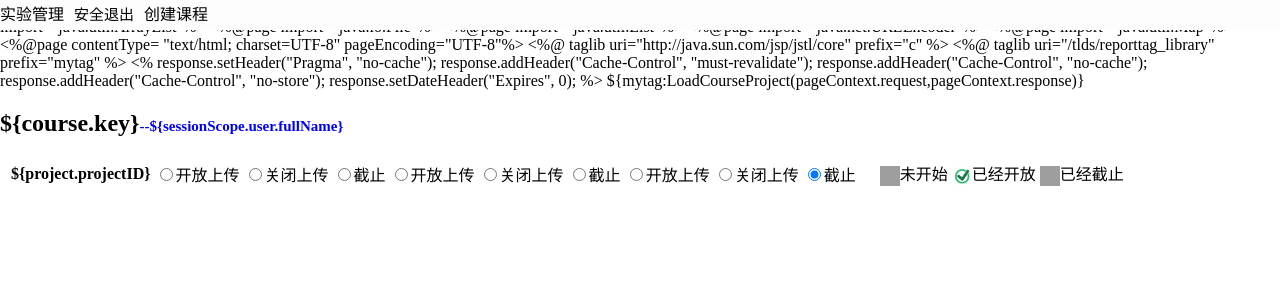
Repository: IAmJiangWenHao/ReportServer
Page: web/demo.html
The author's editor kept a copy of each file at every save. The page is drawn from the files as they stood at one save, then again after the next save.
The browser window is 1280 px wide. The pictures show the whole page.
Pictures or frames that could not be fetched are drawn as grey boxes.

Above is the page before, as saved 2023-05-18 16:28:05.

### web/demo.html
<%@page import="com.report.javabeans.ExpClass"%>
<%@page import="com.report.javabeans.Project"%>
<%@page import="com.report.javabeans.User"%>
<%@page import="java.util.ArrayList"%>
<%@page import="java.io.File"%>
<%@page import="java.util.List"%>
<%@page import="java.net.URLEncoder"%>
<%@page import="java.util.Map"%>
<%@page contentType= "text/html; charset=UTF-8" pageEncoding="UTF-8"%>

<%@ taglib uri="http://java.sun.com/jsp/jstl/core" prefix="c" %>
<%@ taglib uri="/tlds/reporttag_library" prefix="mytag" %>
<!--script type="text/javascript" src="${pageContext.request.contextPath}/script/scriptV1.js?v=1.0"></script-->
<!DOCTYPE html>
<html>
  <%
    response.setHeader("Pragma", "no-cache");
    response.addHeader("Cache-Control", "must-revalidate");
    response.addHeader("Cache-Control", "no-cache");
    response.addHeader("Cache-Control", "no-store");
    response.setDateHeader("Expires", 0);
  %>
  <head>
    <meta http-equiv="Content-Type" content="text/html; charset=UTF-8">
    <title>实验上传系统 </title>
  </head>
  <body style="margin:0">
    ${mytag:LoadCourseProject(pageContext.request,pageContext.response)}
    <script>
      window.onload = function () {//Ajax实现更新项目状态
        var ratios = document.getElementsByTagName("input");//获取所有input（本页面的input只有单选按钮）
        var map = new Map();//记录单选按钮旧值
        for (var i = 0; i < ratios.length; i++) {
          map.set((i + 1).toString(), ratios[i].checked);
          //oninput事件在input的值发生改变时触发，这里监听单选按钮值得改变
          ratios[i].oninput = function () {
            var r = false;
            if (this.value === "deadline") {//是否选择截止
              //是否确认修改
              r = confirm("截止后不可再设置，确定截止？");
            }
            //取消截止
            if (this.value === "deadline" && r === false) {
              var list = document.getElementsByName(this.name);
              for (var j = 0; j < list.length; j++)
                list[j].checked = map.get(list[j].id);
              return;
            }
            ratioName = this.name;
            //确定截止，不允许再更改状态
            if (this.value === "deadline") {
              var list = document.getElementsByName(this.name);
              for (var j = 0; j < list.length; j++)
              {
                list[j].disabled = "disable";
                map.set(list[j].id, list[j].checked);
              }
            } else {
              var list = document.getElementsByName(this.name);
              for (var j = 0; j < list.length; j++)
                map.set(list[j].id, false);
              map.set(this.id, this.checked);
            }
            var formData = new FormData();//FormData 对象
            var course = ratioName.substr(0, ratioName.indexOf("-"));
            var project = ratioName.substr(ratioName.indexOf("-") + 1, ratioName.length - 1);
            //添加KV
            formData.append("project", project);//项目
            formData.append("course", course); //课程名
            formData.append("status", this.value);//状态
            var cell = document.getElementById(this.name);
            //显示实验项目状态提示信息
            cell.innerHTML = "&nbsp;&nbsp;&nbsp;&nbsp;&nbsp;";
            if (this.value === "open")
              cell.innerHTML += "<img style=\"vertical-align: middle;height:20px;width:20px\" src=\"./img/check.jpg\"/>已经开放";
            if (this.value === "close")
              cell.innerHTML += "<img style=\"vertical-align: middle;height:20px;width:20px\" src=\"./img/undone.png\"/>未开始";
            if (this.value === "deadline")
              cell.innerHTML += "<img style=\"vertical-align: middle;height:20px;width:20px\" src=\"./img/deadline.jpg\"/>已截止";
            //1.创建请求对象
            const xhr = new XMLHttpRequest();
            //2.设置请求行，这里用post(get请求数据写在url后面)
            //updateProject.do实现后端更新
            xhr.open("post", getAppPath() + "/updateProject.do");
            //3.设置请求头(get请求可以省略,post不发送数据也可以省略)
            //xhr.setRequestHeader("Content-type","application/x-www-form-urlencoded");
            // 用formData可以不写请求头，写了无法正常上传文件
            //4.请求主体发送(get请求为空，或者写null，post请求数据写在这里，
            //如果没有数据，直接为空或者写null)
            xhr.send(formData);
            //注册回调函数
            xhr.onload = function ()
            {
              if (xhr.readyState === 4)
              {
                if (xhr.status >= 200 && xhr.status <= 300)
                { //判断响应码 2XX 表示成功
                  console.log(xhr.response.toString());
                } else
                  console.log("响应码：" + xhr.status); //状态码
              } else
                console.log(xhr.readyState);
              ;
            };
          };
        }
        ;
      };
    </script>
    <script>
      function getAppPath() {
        //获取当前URL
        var curURL = window.document.location.href;
        //获取主机地址之后的路径部分（就是文件地址）
        var pathName = window.document.location.pathname;
        var pos = curURL.indexOf(pathName);
        //获取应用地址
        var host = curURL.substring(0, pos);
        //获取带"/"的应用名，如：/***
        var webAppName = pathName.substring(0, pathName.substr(1).indexOf('/') + 1);
        return host + webAppName;
      }
    </script>
    <script>
      var isIE = /msie/i.test(navigator.userAgent) && !window.opera;
      function fileChange(target, type) {
        var fileSize = 0;
        var filepath = target.value;
        var filemaxsize = 1024 * 5;//5M
        var flag = -1;
        if (filepath) {
          var fileend = filepath.substring(filepath.lastIndexOf("."));
          // alert(fileend);
          if (type && type.length > 0) {
            //alert(fileend.indexOf(type));
            if (fileend !== ".xlsx") {
              alert("只接受xlsx类型的文件！");
              target.value = "";
              return false;
            }
          }
        } else {
          return false;
        }
        if (isIE && !target.files) {
          var filePath = target.value;
          var fileSystem = new ActiveXObject("Scripting.FileSystemObject");
          if (!fileSystem.FileExists(filePath)) {
            alert("附件不存在，请重新输入！");
            return false;
          }
          var file = fileSystem.GetFile(filePath);
          fileSize = file.Size;
        } else {
          fileSize = target.files[0].size;
        }

        var size = fileSize / 1024;
        if (size > filemaxsize) {
          alert("附件大小不能大于" + filemaxsize / 1024 + "M！");
          target.value = "";
          return false;
        }
        if (size <= 0) {
          alert("附件大小不能为0M！");
          target.value = "";
          return false;
        }
      }
      function Check()
      {
        for (var i = 0; i < document.form1.elements.length - 1; i++)
        {
          if (document.form1.elements[i].value === "")
          {
            alert("不可空！");
            document.form1.elements[i].focus();
            return false;
          }
        }
        return true;
      }
      function cls() {
        var createCell = document.getElementById("createCourse");
        createCell.innerHTML = "";
      }

      function createCourse() {
        var createCell = document.getElementById("createCourse");
        createCell.innerHTML = "<form action=\"../uploadCourseServlet\" enctype=\"multipart/form-data\" method=\"post\" name=\"form1\" onSubmit=\"return Check()\"><table></tr><tr> <td>建课模板：</td><td><a href=\"实验课模板.xlsx\">下载</a></td></tr><tr><td>课程名：</td><td><input style=\" font-size:16px\" type=\"text\" name=\"courseName\" size=\"20\"/>(例：程序设计实验)</td></tr><tr><td>班级：</td><td><input style=\" font-size:16px\" type=\"text\" name=\"className\" size=\"20\"/>(例:信安201)</td></tr><tr> <td>文件：</td><td><input style=\" font-size:16px\" type=\"file\" name=\"file\" size=\"40\" id=\"fup\" onchange=\'fileChange(this,\".xlsx\");\'/></td><tr><td style=\"height:50px;\" align=\"right\" ><input style=\" font-size:16px\" type=\"submit\" value=\"提交\" size='30'/> </td><td align=\"left\"><input style=\" font-size:16px\" type=\"button\" value=\"关闭\" size='30' onclick=\"cls()\"/> </td></tr></table></form>";
      }
    </script>
    <div >
        <div style="display: flex; position: fixed; top: 0; width: 100%; background-color:rgb(253, 253, 253);  height:auto;">
            <div style="margin-right:10px; line-height:30px;width: auto;height:30px;" color="black" > 实验管理</div>
            <div style="margin-right:10px; line-height:30px;width: auto;height:30px; font-size:15px"><a style="color:black;text-decoration: none;" href="../exit">安全退出</a></div>
            <div style="margin-right:10px; line-height:30px;width: auto;height:30px; cursor:hand " onclick="createCourse()">创建课程</div>
        </div>

      <div id="createCourse">

      </div>


    <c:forEach var="course" items="${sessionScope.courseData}" varStatus="statusCourse">
      <h2> ${course.key}<font style="font-size:15px;color:blue">--${sessionScope.user.fullName}</font></h2><p>
      <table>
        <c:forEach var="project" items="${course.value}" varStatus="statusProject">
          <tr style=" height: 30px;border: 1px">
            <td>&nbsp;&nbsp;<b>${project.projectID}</b></td>
            <td><!-- 3.一组单选按钮 radio（同name），只能选一个
                     request.getParameter("***")-->
              <c:if test="${project.state==0}">
                <input type="radio" id="${"course".concat(statusCourse.count).concat(statusProject.count).concat(1)}"  name="${course.key.concat("-").concat(project.projectID)}" value="open">开放上传
                <input type="radio" id="${"course".concat(statusCourse.count).concat(statusProject.count).concat(1)}"  name="${course.key.concat("-").concat(project.projectID)}" value="close" checked="true">关闭上传
                <input type="radio" id="${"course".concat(statusCourse.count).concat(statusProject.count).concat(1)}"  name="${course.key.concat("-").concat(project.projectID)}" value="deadline">截止
              </c:if>
              <c:if test="${project.state==1}">
                <input type="radio" id="${"course".concat(statusCourse.count).concat(statusProject.count).concat(1)}"  name="${course.key.concat("-").concat(project.projectID)}" value="open" checked="true">开放上传
                <input type="radio" id="${"course".concat(statusCourse.count).concat(statusProject.count).concat(1)}"  name="${course.key.concat("-").concat(project.projectID)}" value="close" >关闭上传
                <input type="radio" id="${"course".concat(statusCourse.count).concat(statusProject.count).concat(1)}"  name="${course.key.concat("-").concat(project.projectID)}" value="deadline">截止
              </c:if>
              <c:if test="${project.state==2}">
                <input type="radio" id="${"course".concat(statusCourse.count).concat(statusProject.count).concat(1)}"  name="${course.key.concat("-").concat(project.projectID)}" value="open">开放上传
                <input type="radio" id="${"course".concat(statusCourse.count).concat(statusProject.count).concat(1)}"  name="${course.key.concat("-").concat(project.projectID)}" value="close" >关闭上传
                <input type="radio" id="${"course".concat(statusCourse.count).concat(statusProject.count).concat(1)}"  name="${course.key.concat("-").concat(project.projectID)}" value="deadline" checked="true">截止
              </c:if>
            </td>
            <td id="${course.key.concat("-").concat(project.projectID)}">&nbsp;&nbsp;&nbsp;&nbsp;
              <c:if test="${project.state==0}" >
                <img style="vertical-align: middle;height:20px;width:20px" alt="" src="../img/undone.jpg"/>未开始
              </c:if>
              <c:if test="${project.state==1}" >
                <img style="vertical-align: middle;height:20px;width:20px" alt="" src="../img/check.jpg"/>已经开放
              </c:if>
              <c:if test="${project.state==2}" >
                <img style="vertical-align: middle;height:20px;width:20px" alt="" src="../img/deadline.png"/>已经截止
              </c:if>
            </td>
          </tr>
        </c:forEach>
      </table>
    </c:forEach>
  </div>
</body>
</html>

After the next save:
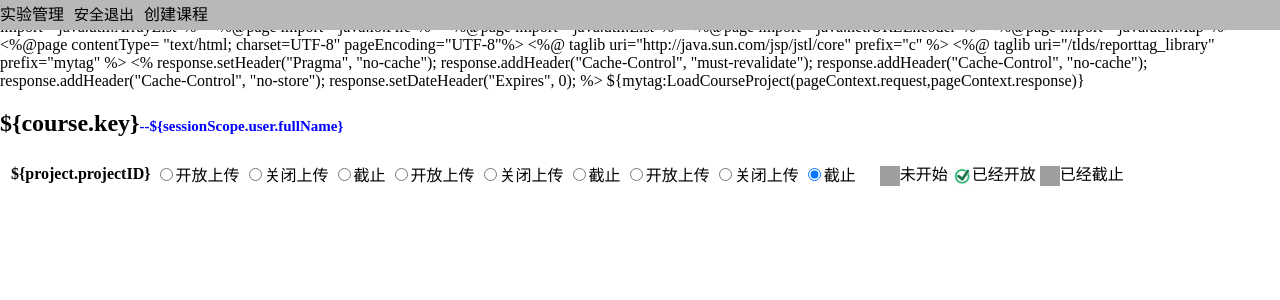
Saved 28 s later.
--- a/web/demo.html
+++ b/web/demo.html
@@ -191,7 +191,7 @@
       }
     </script>
     <div >
-        <div style="display: flex; position: fixed; top: 0; width: 100%; background-color:rgb(253, 253, 253);  height:auto;">
+        <div style="display: flex; position: fixed; top: 0; width: 100%; background-color:rgb(185, 184, 184) ;  height:auto;">
             <div style="margin-right:10px; line-height:30px;width: auto;height:30px;" color="black" > 实验管理</div>
             <div style="margin-right:10px; line-height:30px;width: auto;height:30px; font-size:15px"><a style="color:black;text-decoration: none;" href="../exit">安全退出</a></div>
             <div style="margin-right:10px; line-height:30px;width: auto;height:30px; cursor:hand " onclick="createCourse()">创建课程</div>
